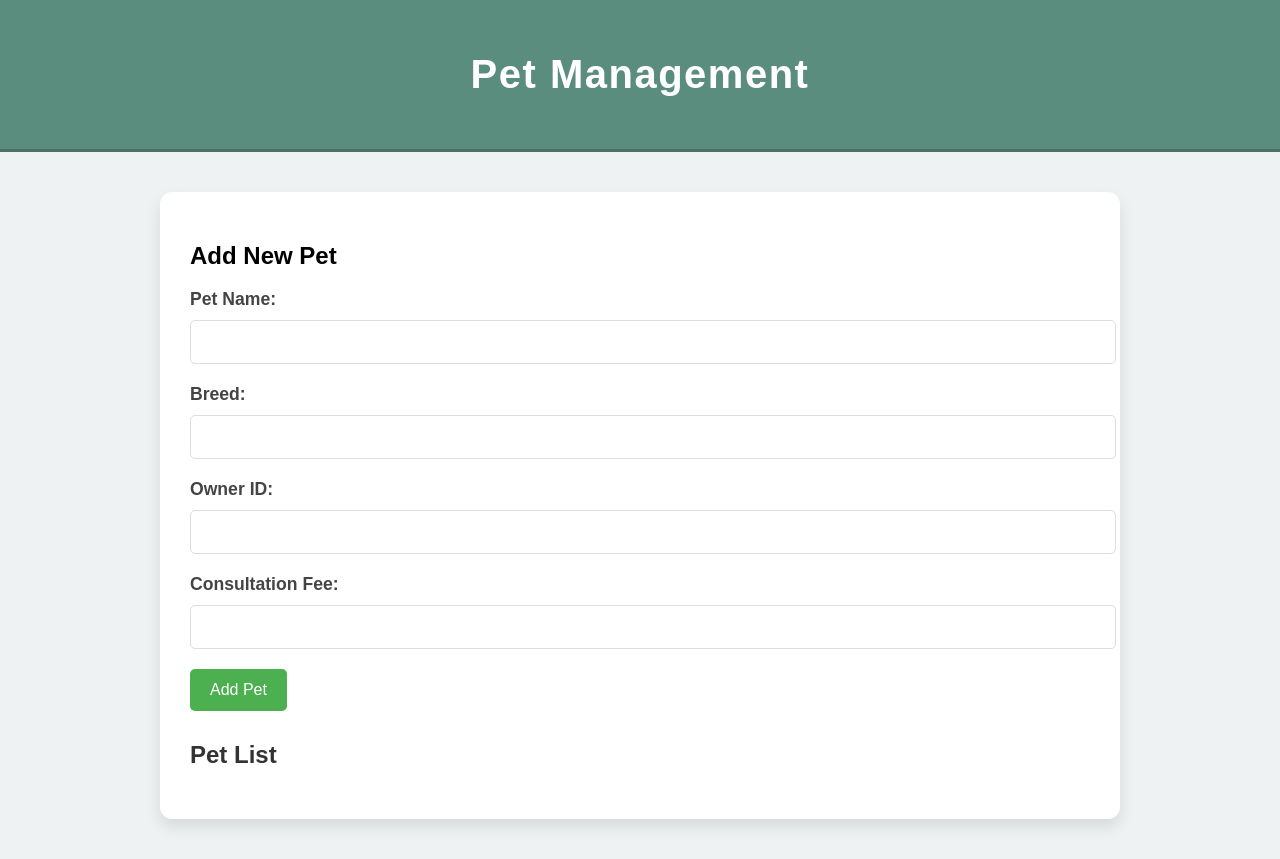
Repository: abirami1105/repoA
Page: PetClinicApplication/src/main/resources/static/pet.html
An editor plug-in stored every save of this project. The page is shown before and after the next save, followed by the edit.
The browser window is 1280 px wide. The pictures show the whole page.
The page's requests for data from a server got no answer.

Above is the page before, as saved 2025-01-02 18:53:24.

### PetClinicApplication/src/main/resources/static/pet.html
<!DOCTYPE html>
<html lang="en">
<head>
    <meta charset="UTF-8">
    <meta name="viewport" content="width=device-width, initial-scale=1.0">
    <title>Pet Management</title>
    <style>
        body {
            font-family: 'Arial', sans-serif;
            background-color: #eef2f3;
            margin: 0;
            padding: 0;
        }

        header {
            background-color: #5b8d7e;
            color: white;
            padding: 25px 0;
            text-align: center;
            border-bottom: 3px solid #4a726b;
        }

        header h1 {
            font-size: 2.5rem;
            letter-spacing: 1.5px;
        }

        .container {
            max-width: 900px;
            margin: 40px auto;
            padding: 30px;
            background-color: #ffffff;
            border-radius: 12px;
            box-shadow: 0 8px 16px rgba(0, 0, 0, 0.1);
        }

        .form-container {
            margin-bottom: 30px;
        }

        .form-container label {
            display: block;
            margin-bottom: 10px;
            font-size: 1.1rem;
            font-weight: bold;
            color: #444;
        }

        .form-container input {
            width: 100%;
            padding: 12px;
            font-size: 1rem;
            margin-bottom: 20px;
            border: 1px solid #ddd;
            border-radius: 5px;
        }

        .form-container button {
            background-color: #4CAF50;
            color: white;
            padding: 12px 20px;
            font-size: 1rem;
            border: none;
            border-radius: 5px;
            cursor: pointer;
            transition: background-color 0.3s ease;
        }

        .form-container button:hover {
            background-color: #45a049;
        }

        .pet-list {
            margin-top: 30px;
        }

        .pet-list h2 {
            color: #333;
        }

        .pet-list ul {
            list-style: none;
            padding: 0;
        }

        .pet-list li {
            background-color: #f9f9f9;
            padding: 10px;
            margin-bottom: 12px;
            border-radius: 5px;
            box-shadow: 0 2px 4px rgba(0, 0, 0, 0.1);
            color: #555;
        }

    </style>
</head>
<body>

<header>
    <h1>Pet Management</h1>
</header>

<div class="container">
    <div class="form-container">
        <h2>Add New Pet</h2>
        <form id="petForm">
            <label for="name">Pet Name:</label>
            <input type="text" id="name" name="name" required>

            <label for="breed">Breed:</label>
            <input type="text" id="breed" name="breed" required>

            <label for="ownerId">Owner ID:</label>
            <input type="number" id="ownerId" name="ownerId" required>

            <label for="consultationFee">Consultation Fee:</label>
            <input type="number" id="consultationFee" name="consultationFee" required>

            <button type="submit">Add Pet</button>
        </form>
    </div>

    <div class="pet-list">
        <h2>Pet List</h2>
        <ul id="petList"></ul>
    </div>
</div>

<script>
    document.getElementById("petForm").addEventListener("submit", function(event) {
        event.preventDefault();

        const petData = {
            name: document.getElementById("name").value,
            breed: document.getElementById("breed").value,
            owner: { id: document.getElementById("ownerId").value },
            consultationFee: document.getElementById("consultationFee").value
        };

        fetch("/pets", {
            method: "POST",
            headers: {
                "Content-Type": "application/json"
            },
            body: JSON.stringify(petData)
        })
        .then(response => response.json())
        .then(pet => {
            alert("Pet added successfully!");
            loadPets(); // Reload the list of pets
        });
    });

    function loadPets() {
        fetch("/pets")
            .then(response => response.json())
            .then(pets => {
                const petList = document.getElementById("petList");
                petList.innerHTML = "";
                pets.forEach(pet => {
                    const listItem = document.createElement("li");
                    listItem.textContent = `${pet.name} (${pet.breed}) - Owner ID: ${pet.owner.id} - Fee: $${pet.consultationFee}`;
                    petList.appendChild(listItem);
                });
            });
    }

    loadPets(); // Load pets when the page is first loaded
</script>

</body>
</html>

After the next save:
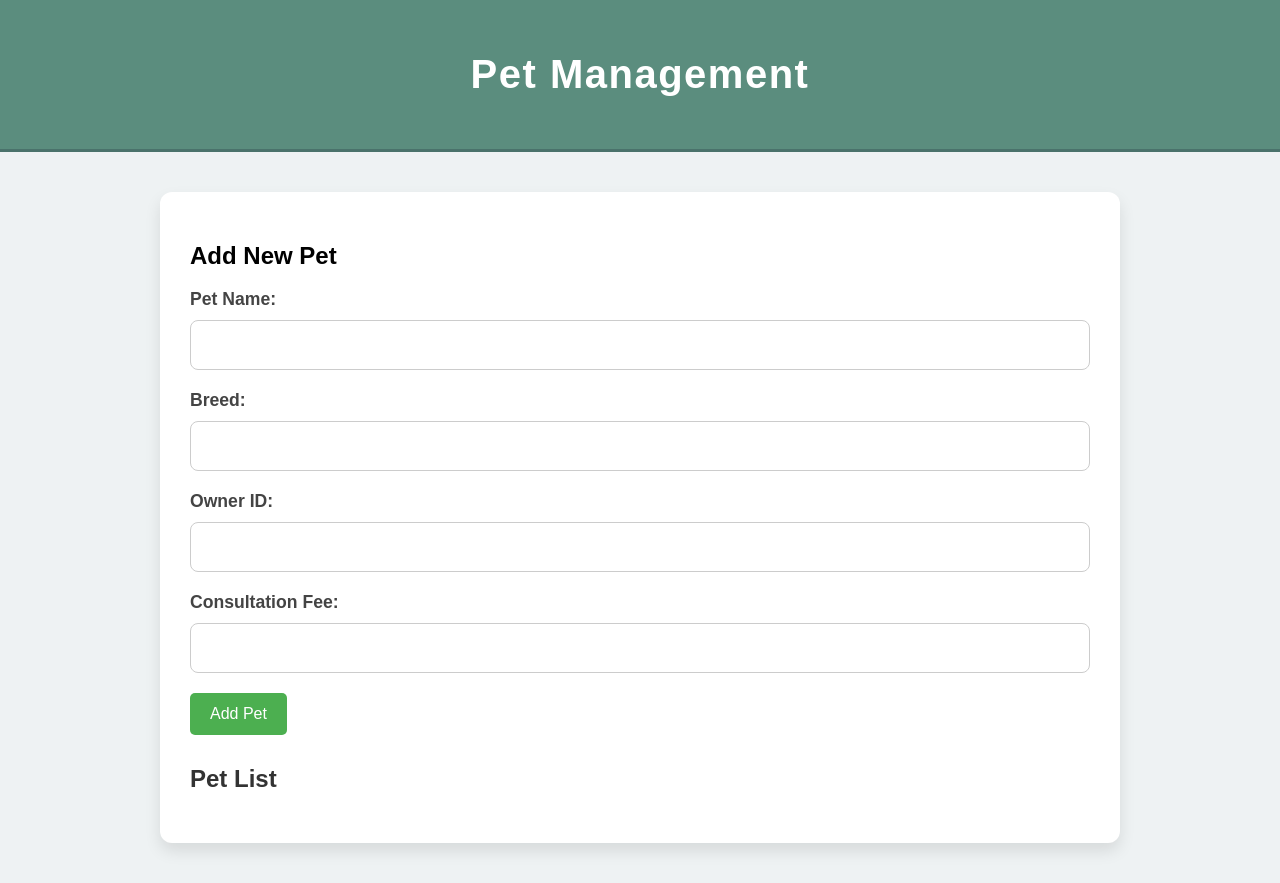
Saved 22 s later.
--- a/PetClinicApplication/src/main/resources/static/pet.html
+++ b/PetClinicApplication/src/main/resources/static/pet.html
@@ -48,11 +48,13 @@
 
         .form-container input {
             width: 100%;
-            padding: 12px;
+            padding: 15px;
             font-size: 1rem;
+            border-radius: 8px;
+            border: 1px solid #ccc;
             margin-bottom: 20px;
-            border: 1px solid #ddd;
-            border-radius: 5px;
+            box-sizing: border-box;
+            transition: all 0.3s ease;
         }
 
         .form-container button {
